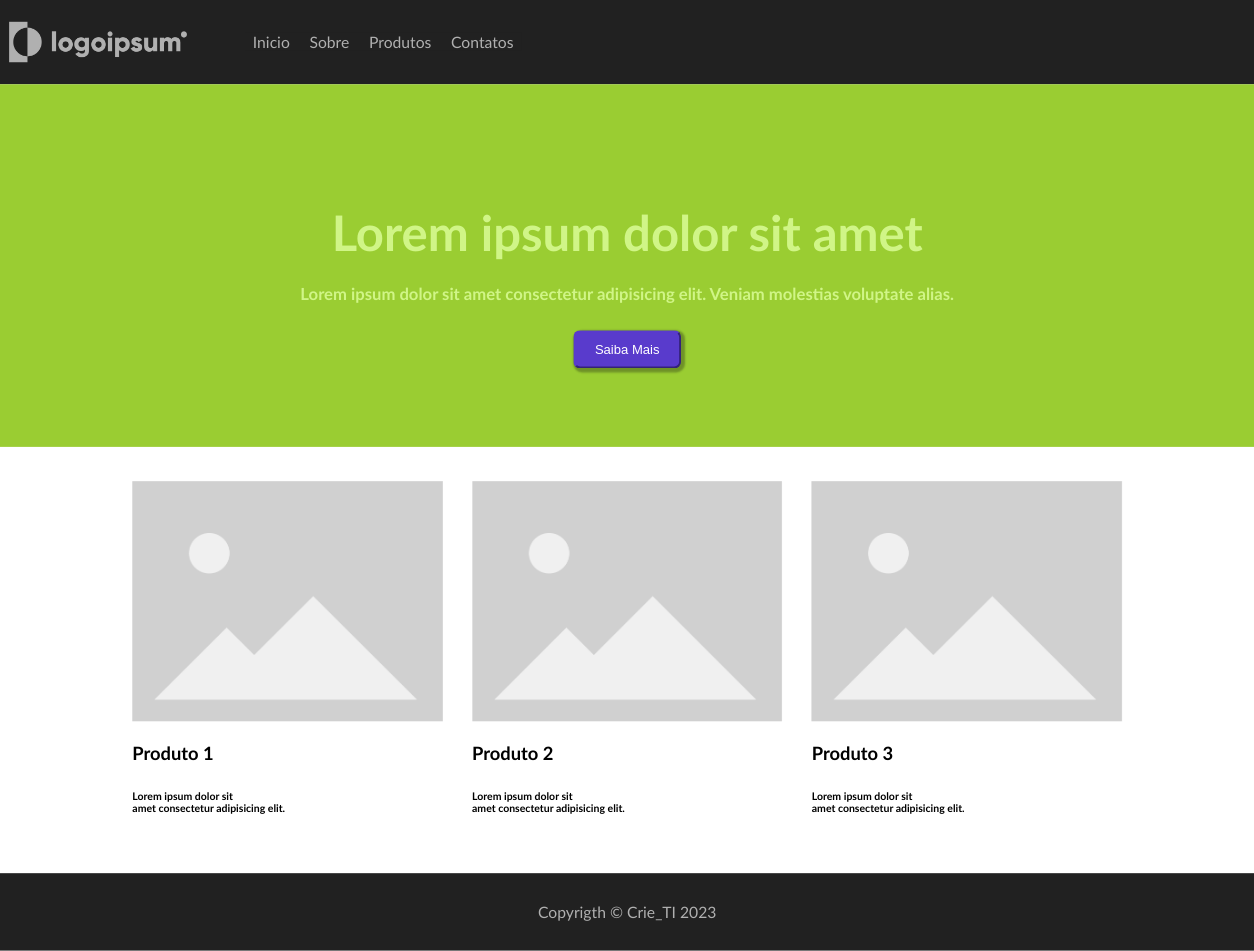
Repository: robsonwssantos/Projeto_Olaria
Page: Exercicios/ex.01/index.html
An editor plug-in stored every save of this project. The page is shown before and after the next save, followed by the edit.
The browser window is 1280 px wide. The pictures show the whole page, at 98% of full size.

Above is the page before, as saved 2023-04-21 13:22:51.

After the next save:
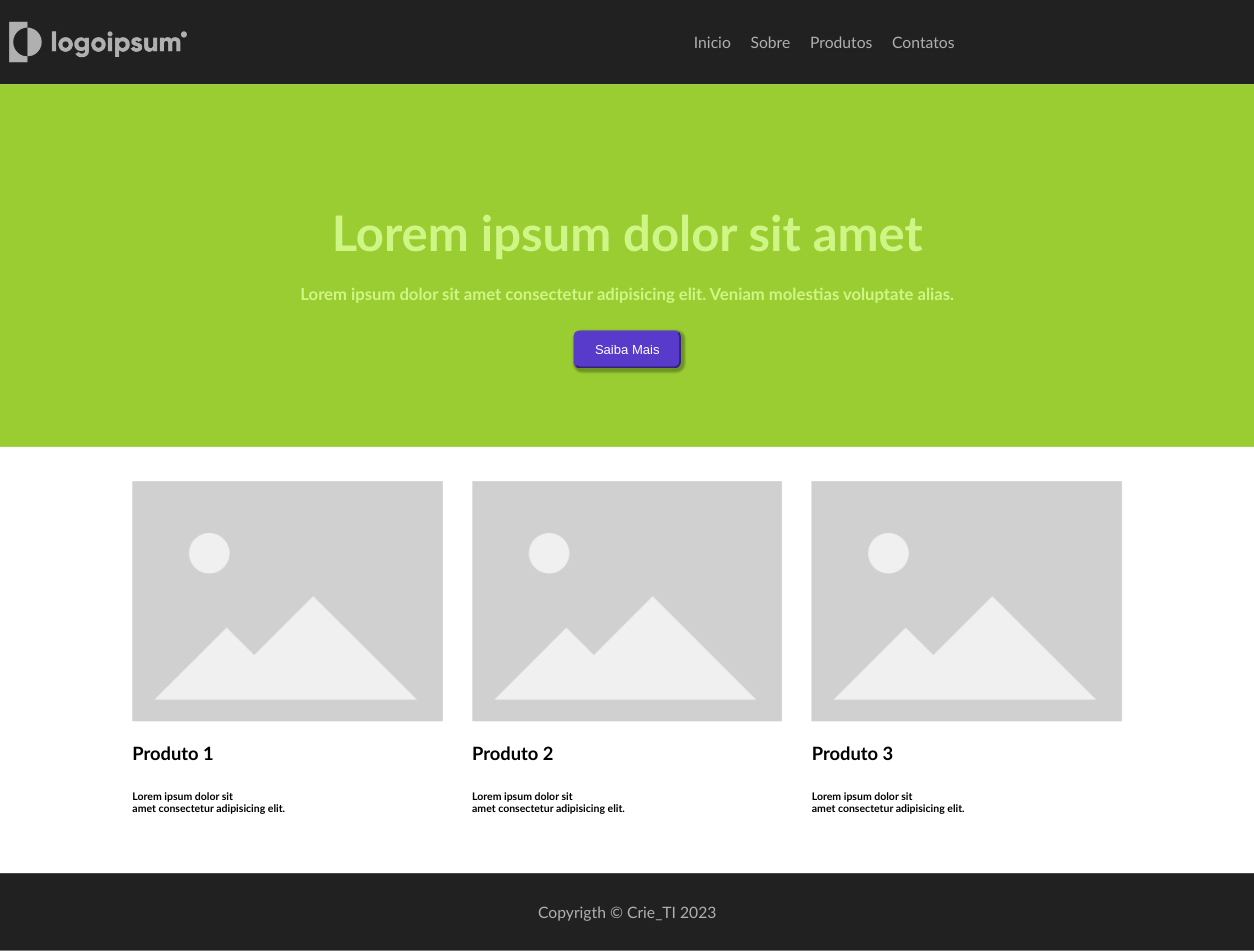
Saved 15 s later.
--- a/Exercicios/ex.01/index.html
+++ b/Exercicios/ex.01/index.html
@@ -62,7 +62,7 @@
 
         header img {
             width: 200px;
-            margin-right: 50px;
+            margin-right: 500px;
         }
 
         header a {
